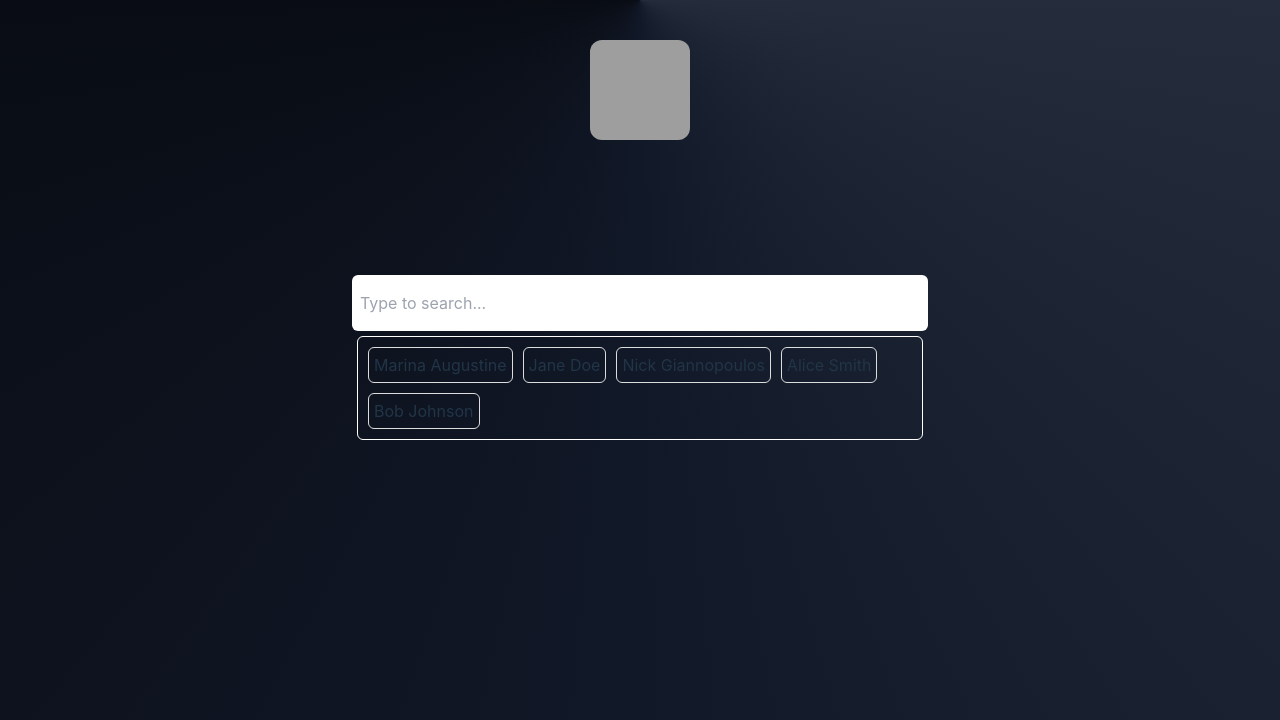
Repository: Ayansaxena24/Chip
Page: /
The author's editor kept a copy of each file at every save. The page is drawn from the files as they stood at one save, then again after the next save.
The browser window is 1280 px wide. The pictures show the whole page.
Pictures or frames that could not be fetched are drawn as grey boxes. Some web libraries are served in a nearby version. The project was rebuilt for these pictures with package versions that can differ from the ones it lists, and the page was loaded fresh each time. Also part of the build but not shown: vite.config.ts, src/ChipInput.css.

Above is the page before, as saved 2024-01-16 22:17:05.

### index.html
<!doctype html>
<html lang="en">
  <head>
    <meta charset="UTF-8" />
    <link rel="icon" type="image/svg+xml" href="/vite.svg" />
    <meta name="viewport" content="width=device-width, initial-scale=1.0" />
    <script src="https://cdn.tailwindcss.com"></script>    <title>Vite + React + TS</title>
  </head>
  <body>
    <div id="root"></div>
    <script type="module" src="/src/main.tsx"></script>
  </body>
</html>

### src/App.tsx
import { BrowserRouter as Router, Routes, Route } from 'react-router-dom'
import ChipInput from './ChipInput'

const App = () => {
  return (
    <Router>
      <Routes>
      <Route path="/" element={<ChipInput />} />
      </Routes>
    </Router>
  )
}

export default App

### src/ChipInput.tsx
// ChipInput.tsx

import React, { useState, useRef, useEffect, KeyboardEvent, ChangeEvent } from "react";
import "./ChipInput.css"; // Import your CSS file (e.g., TailwindCss/SCSS)

interface Chip {
  id: number;
  label: string;
}

const ChipInput: React.FC = () => {
  const [inputValue, setInputValue] = useState<string>("");
  const [chips, setChips] = useState<Chip[]>([]);
  const [filteredItems, setFilteredItems] = useState<string[]>([]);
  const inputRef = useRef<HTMLInputElement>(null);

  const items = [
    "Marina Augustine",
    "Jane Doe",
    "Nick Giannopoulos",
    "Alice Smith",
    "Bob Johnson",
  ];

  useEffect(() => {
    setFilteredItems(
      items.filter((item) => !chips.find((chip) => chip.label === item))
    );
  }, [chips]);

  const handleInputChange = (e: ChangeEvent<HTMLInputElement>) => {
    const value = e.target.value;
    setInputValue(value);

    if (value.trim() === "" && chips.length > 0) {
      highlightLastChip();
    } else {
      setFilteredItems(
        items.filter((item) => item.toLowerCase().includes(value.toLowerCase()))
      );
    }
  };

  const handleChipClick = (item: string) => {
    setChips((prevChips) => [...prevChips, { id: Date.now(), label: item }]);
    setInputValue(""); // Clear the input value after selecting a chip
    inputRef.current?.focus(); // Focus on the input field
  };

  const handleChipRemove = (id: number) => {
    setChips((prevChips) => prevChips.filter((chip) => chip.id !== id));
  };

  const handleInputKeyDown = (e: KeyboardEvent<HTMLInputElement>) => {
    if (e.key === "Backspace" && inputValue === "" && chips.length > 0) {
      e.preventDefault();
      const lastChip = chips[chips.length - 1];
      handleChipRemove(lastChip.id);
    }
  };

  const highlightLastChip = () => {
    const lastChip = document.querySelector(".chip:last-child");
    if (lastChip) {
      lastChip.classList.add("highlighted");
    }
  };

  return (
    <div className="w-screen flex justify-center items-center h-screen bg-[conic-gradient(at_top,_var(--tw-gradient-stops))] from-gray-700 via-gray-900 to-black">
      <div className="absolute top-10">
        <img
          src="https://play-lh.googleusercontent.com/tjzK0-TCkXB1zxkmiRr5WNGJxQy87s1RdBx10nqLbdxRIH7bPWxTkH_YiUMbYPFRfmj7=w240-h480-rw"
          alt="Zepto"
          className="w-[100px] h-[100px] rounded-xl "
        />
      </div>
      <div className="flex flex-col w-[80vh]">
        <div className="flex flex-wrap">
          {chips.map((chip) => (
            <div
              key={chip.id}
              className="bg-[#037bfc] text-white rounded-md m-[5px] pr-[30px] pl-[10px] py-[12px] cursor-pointer flex items-center relative"
              onClick={() => handleChipRemove(chip.id)}
            >
              {chip.label}
              <span className="hover:border-white hover:bg-red-600 duration-300 ease-in-out hover:border-2 hover:rounded-md px-1 mx-2 absolute right-0">
                X
              </span>
            </div>
          ))}
          <input
            ref={inputRef}
            type="text"
            value={inputValue}
            onChange={handleInputChange}
            onKeyDown={handleInputKeyDown}
            placeholder="Type to search..."
            className="rounded-md w-full pl-2 py-4"
          />
        </div>
        <ul
          className={`${
            chips.length !== 5
              ? "cursor-pointer p-[5px] m-[5px] border-white rounded-md border-[1px] border-solid flex flex-wrap"
              : ""
          }`}
        >
          {filteredItems.map((item) => (
            <li
              className="cursor-pointer p-[5px] m-[5px] border-[1px] border-[#ddd] rounded-md hover:text-black hover:bg-white duration-300 ease-in-out hover:scale-105"
              key={item}
              onClick={() => handleChipClick(item)}
            >
              {item}
            </li>
          ))}
        </ul>
      </div>
    </div>
  );
};

export default ChipInput;

Loaded but not shown: src/main.tsx (common file); src/index.css (common file)

After the next save:
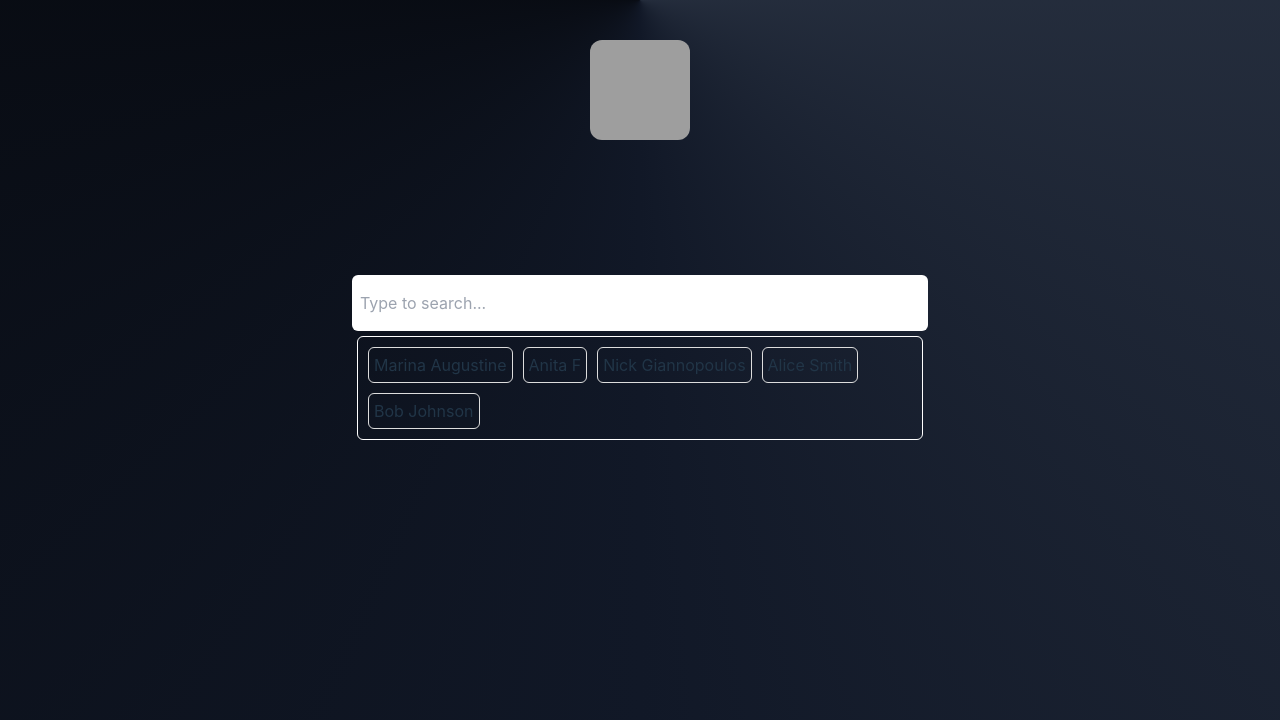
Saved 10 s later.
--- a/src/ChipInput.tsx
+++ b/src/ChipInput.tsx
@@ -16,7 +16,7 @@ const ChipInput: React.FC = () => {
 
   const items = [
     "Marina Augustine",
-    "Jane Doe",
+    "Anita F",
     "Nick Giannopoulos",
     "Alice Smith",
     "Bob Johnson",
